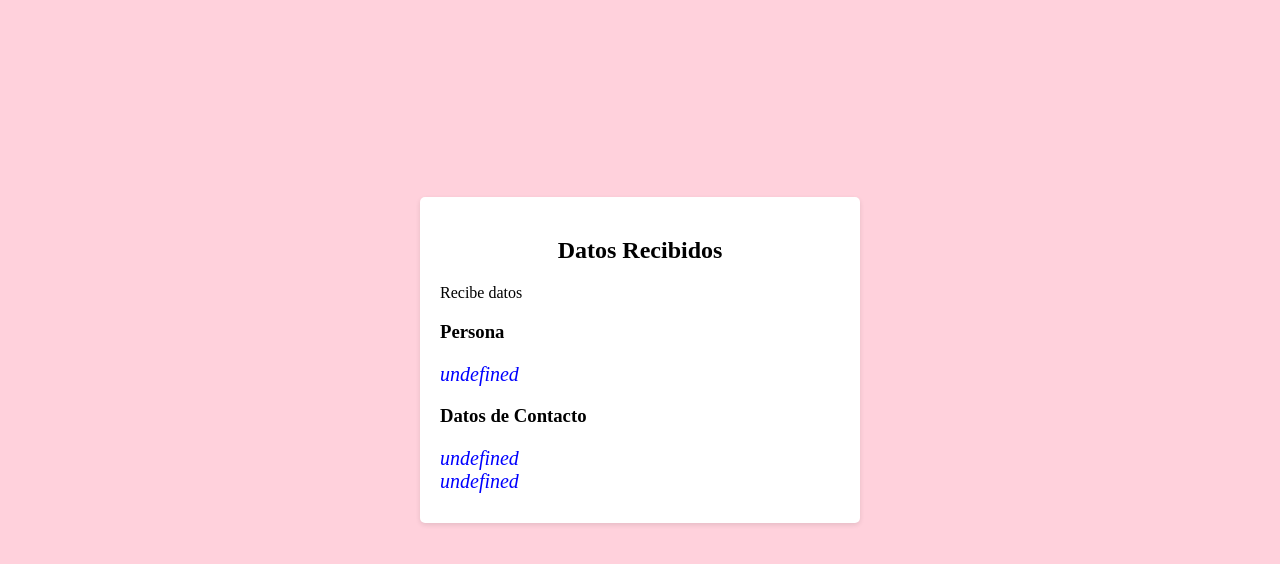
Repository: UVMCoyoacan/InnovaWeb
Page: recibedatosCV.html
An editor plug-in stored every save of this project. The page is shown before and after the next save, followed by the edit.
The browser window is 1280 px wide. The pictures show the whole page.

Above is the page before, as saved 2024-03-01 11:13:10.

After the next save:
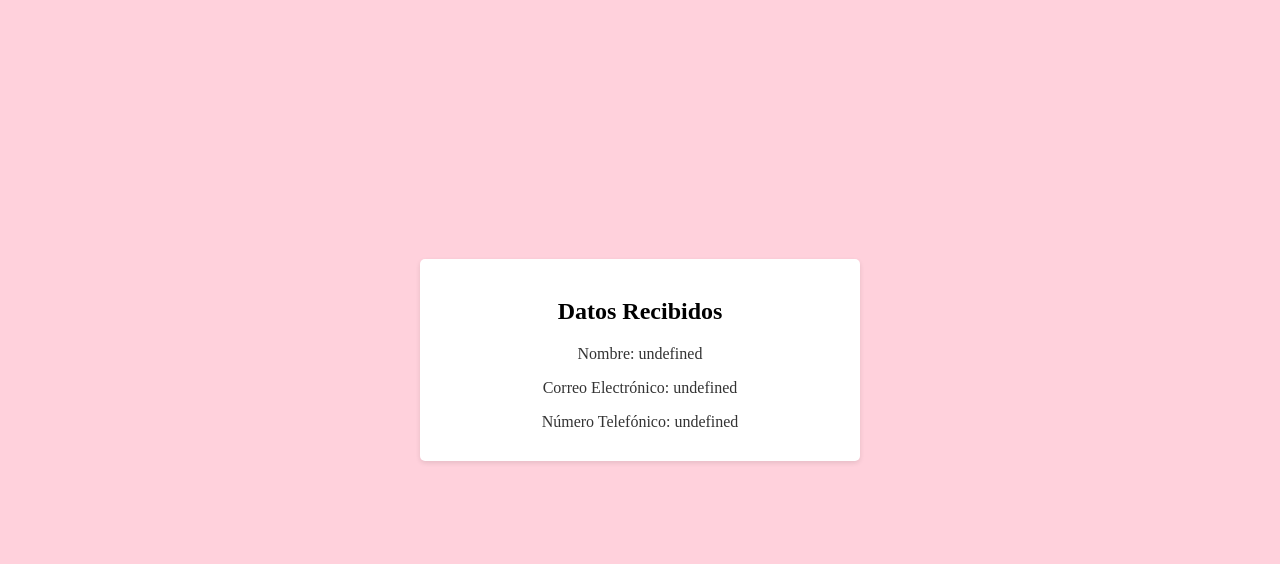
Saved 2 min 11 s later.
--- a/recibedatosCV.html
+++ b/recibedatosCV.html
@@ -19,52 +19,42 @@
             background-color: #fff;
             border-radius: 5px;
             box-shadow: 0 2px 5px rgba(0, 0, 0, 0.1);
+            text-align: center;
         }
         h2 {
             margin-bottom: 20px;
-            text-align: center;
         }
         p {
             margin-bottom: 10px;
+            font-size: 16px;
+            color: #333;
         }
     </style>
 </head>
 <body>
     <div class="container">
         <h2>Datos Recibidos</h2>
-        <p>Recibe datos</p>
-
-        <h3>Persona</h3>
-        <p id="Persona"></p>
-
-        <h3>Datos de Contacto</h3>
-        <p id="Detalles"></p>
+        <p>Nombre: <span id="nombre"></span></p>
+        <p>Correo Electrónico: <span id="correo"></span></p>
+        <p>Número Telefónico: <span id="telefono"></span></p>
     </div>
 
     <script>
         function getUrlVars() {
             var vars = {};
             var parts = window.location.href.replace(/[?&]+([^=&]+)=([^&]*)/gi, function (m, key, value) {
-                if (vars[key]) {
-                    vars[key].push(value);
-                } else {
-                    vars[key] = [value];
-                }
+                vars[key] = value;
             });
             return vars;
         }
 
         var nombre = getUrlVars()["nombre"];
+        var correo = getUrlVars()["correo"];
         var telefono = getUrlVars()["telefono"];
-        var correo = getUrlVars()["correo"];
 
-        var nomper = document.getElementById("Persona");
-        var datPers = document.getElementById("Detalles");
-        nomper.innerHTML = "<i>" + nombre + "</i>";
-        nomper.style = "color: blue; font-size: 20px;";
-        datPers.innerHTML = "<i>" + telefono + "</i>";
-        datPers.style = "color: blue; font-size: 20px;";
-        datPers.innerHTML += "<br><i>" + correo + "</i>";
+        document.getElementById("nombre").innerText = nombre;
+        document.getElementById("correo").innerText = correo;
+        document.getElementById("telefono").innerText = telefono;
     </script>
 </body>
 </html>
